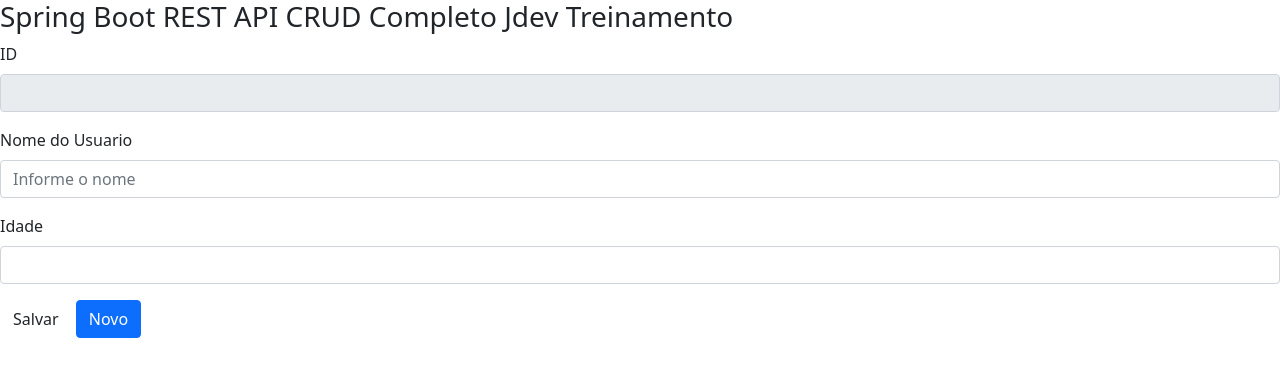
Repository: HallyssonKaynan/tccbancodedados
Page: eclipse-workspace/springboot-rest-api-sample/src/main/resources/static/index.html
The author's editor kept a copy of each file at every save. The page is drawn from the files as they stood at one save, then again after the next save.
The browser window is 1280 px wide. The pictures show the whole page.

Above is the page before, as saved 2022-08-24 19:48:35.

### eclipse-workspace/springboot-rest-api-sample/src/main/resources/static/index.html
<!DOCTYPE html>
<html lang="en">
<head>
<meta charset="UTF-8">
<title>Insert title here</title>
</head>
<link href="https://cdn.jsdelivr.net/npm/bootstrap@5.0.2/dist/css/bootstrap.min.css" rel="stylesheet" integrity="sha384-EVSTQN3/azprG1Anm3QDgpJLIm9Nao0Yz1ztcQTwFspd3yD65VohhpuuCOmLASjC" crossorigin="anonymous">
<body>
<h3> Spring Boot REST API CRUD Completo Jdev Treinamento</h3>

<form action="" id= "formCadastroUser">

<div class="mb-3">
  <label for="id" class="form-label">ID</label>
  <input type="text" class="form-control" id="id" readonly="readonly">
</div>

<div class="mb-3">
  <label for="nome" class="form-label">Nome do Usuario</label>
  <input type="text" class="form-control" id="nome" placeholder="Informe o nome" required="required">
</div>

<div class="mb-3">
  <label for="idade" class="form-label">Idade</label>
  <input type="number" class="form-control" id="idade">
</div>

</form>

<button type="button" class="btn btn-sucess" onclick="salvarUsuario()">Salvar</button>
<button type="button" class="btn btn-primary" onclick="document.getElementById('formCadastroUser').reset();">Novo</button>
<script src="https://code.jquery.com/jquery-3.6.0.min.js" integrity="sha256-/xUj+3OJU5yExlq6GSYGSHk7tPXikynS7ogEvDej/m4=" crossorigin="anonymous"></script>

<script src="https://cdn.jsdelivr.net/npm/bootstrap@5.0.2/dist/js/bootstrap.bundle.min.js" integrity="sha384-MrcW6ZMFYlzcLA8Nl+NtUVF0sA7MsXsP1UyJoMp4YLEuNSfAP+JcXn/tWtIaxVXM" crossorigin="anonymous"></script>

<script type="text/javascript">
function salvarUsuario(){

     var id = $("#id").val();
     var nome = $("#nome").val();
     var idade = $("#idade").val();

     $.ajax({
    	 method: "POST",
    	 url: "salvar",
    	 data: JSON.stringify({id : id, nome : nome, idade : idade}),
    	 contentType: "application/json; charset=utf-8",
    	 success: function (response) {
    		 $("#id").val(response.id);
    		 alert("Gravou com sucesso")
    	 }
     }).fail(function (xhr, status, errorThrown) {
    	 alert("Erro ao salvar usuario: " + xhr.responseText);
     });
}
</script>
</body>
</html>

After the next save:
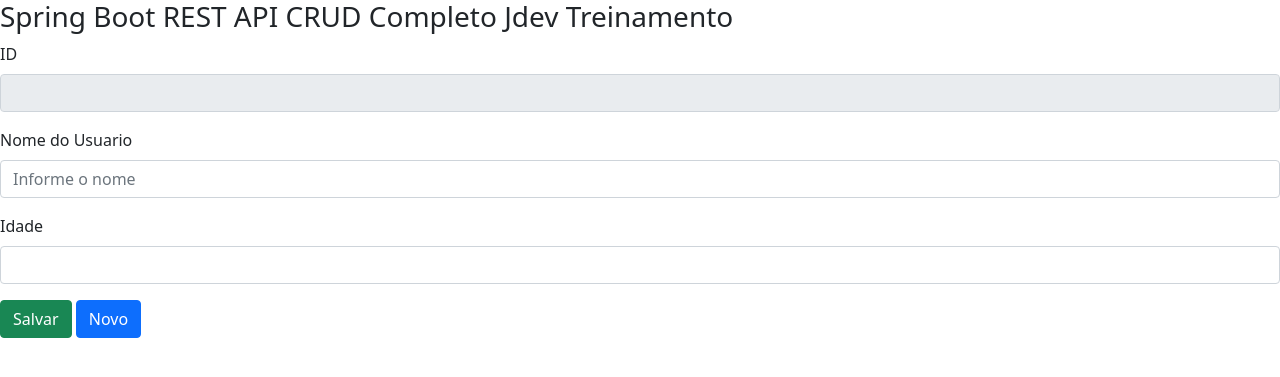
Saved 23 s later.
--- a/eclipse-workspace/springboot-rest-api-sample/src/main/resources/static/index.html
+++ b/eclipse-workspace/springboot-rest-api-sample/src/main/resources/static/index.html
@@ -27,7 +27,7 @@
 
 </form>
 
-<button type="button" class="btn btn-sucess" onclick="salvarUsuario()">Salvar</button>
+<button type="button" class="btn btn-success" onclick="salvarUsuario()">Salvar</button>
 <button type="button" class="btn btn-primary" onclick="document.getElementById('formCadastroUser').reset();">Novo</button>
 <script src="https://code.jquery.com/jquery-3.6.0.min.js" integrity="sha256-/xUj+3OJU5yExlq6GSYGSHk7tPXikynS7ogEvDej/m4=" crossorigin="anonymous"></script>
 
